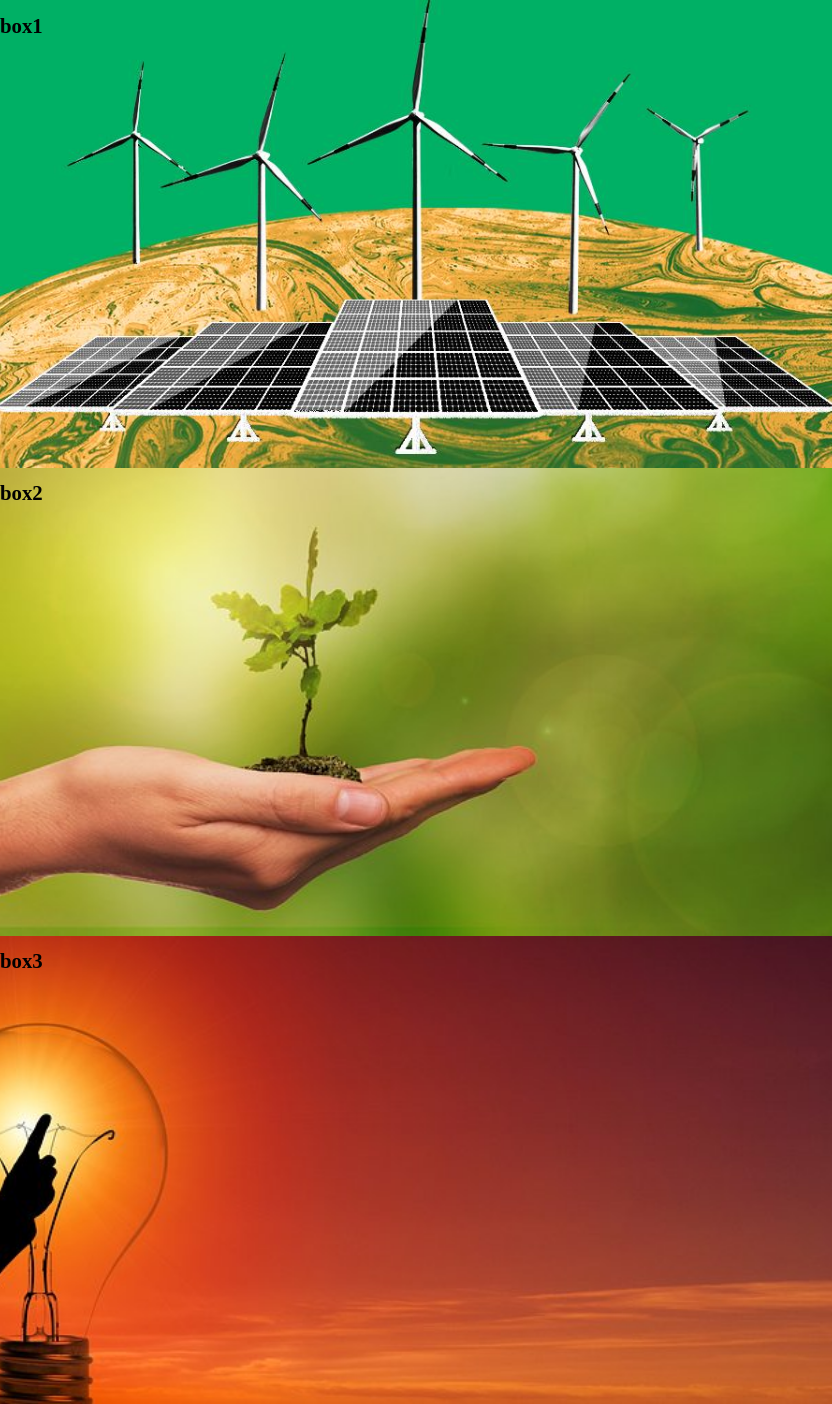
Repository: NavinDayanithi/static-web-design-competition
Page: index.html
An editor plug-in stored every save of this project. The page is shown before and after the next save, followed by the edit.
The browser window is 1280 px wide. The pictures show the whole page, at 65% of full size.
Backgrounds fixed to the window are drawn as part of the page.

Above is the page before, as saved 2023-04-28 19:20:37.

### index.html
<!DOCTYPE html>
<html lang="en">
<head>
  <title>POWERING CLIMATE </title>
  <link rel="stylesheet" href="styles.css">
</head>
<body>
    <div class="box1">
        <h1>box1</h1>
    </div>
    <div class="box2">
        <h1>box2</h1>
    </div>
    <div class="box3">
        <h1>box3</h1>
    </div>
</body>
</html>

### styles.css
body{
    margin: 0;
    padding: 0;
    /* background-color: blue; */
}

.box1{
    height: 100vh;
    width:100%;
    background-image: url(img1.jpg);
    background-size: cover;
    background-position: center;
    display: table;
    background-attachment: fixed;
}

.box2{
    height: 100vh;
    width:100%;
    background-image: url(img2.jpg);
    background-size: cover;
    background-position: center;
    display: table;
    background-attachment: fixed;
}

.box3{
    height: 100vh;
    width:100%;
    background-image: url(img3.jpg);
    background-size: cover;
    background-position: center;
    display: table;
    background-attachment: fixed;
}

.h1{
    font-family: sans-serif;
    font-size: 48px;
    color: antiquewhite;
    margin: 0px;
    text-align: center;
    display: table-cell;
    vertical-align: middle;
}

After the next save:
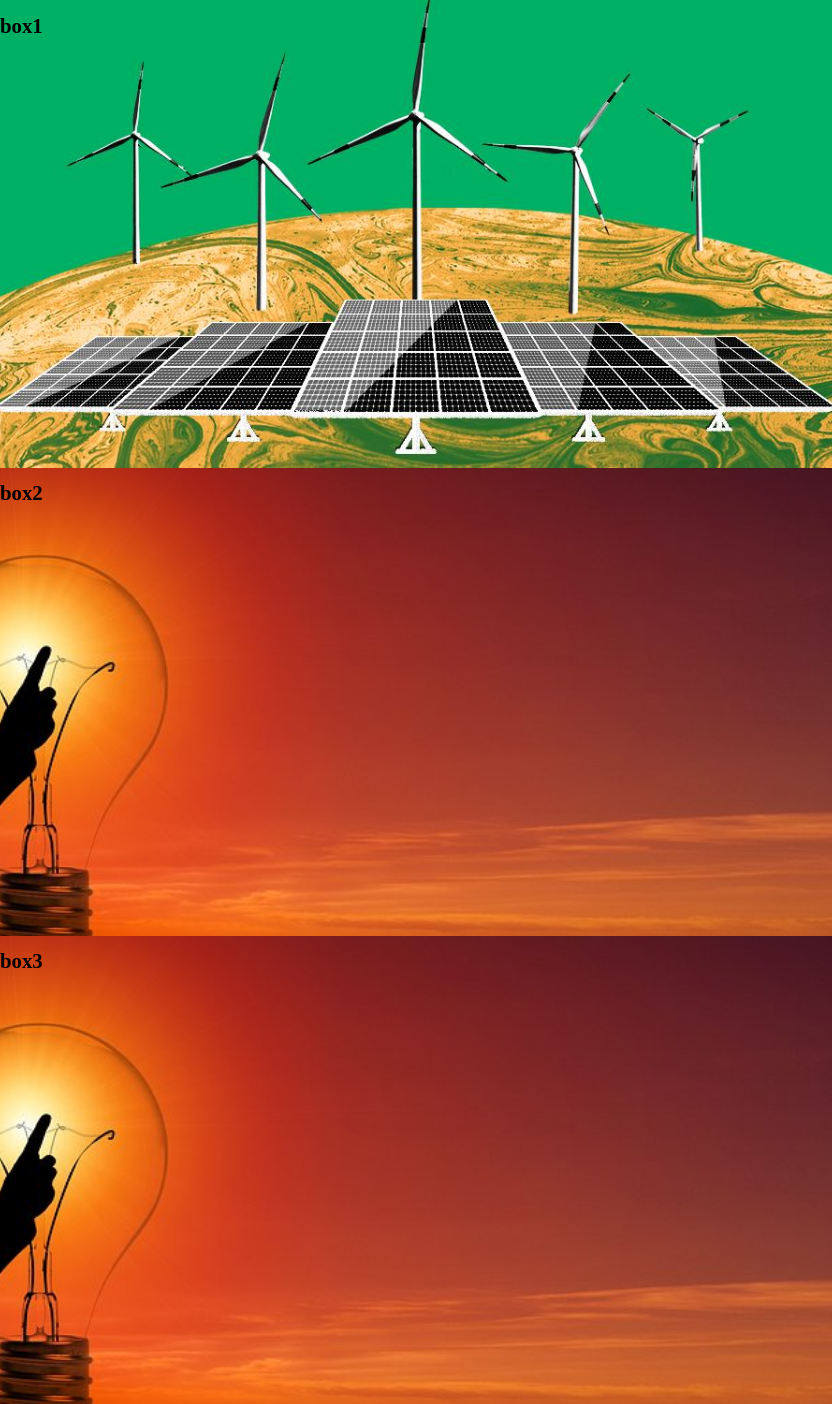
Saved 2 min 3 s later.
--- a/styles.css
+++ b/styles.css
@@ -17,7 +17,7 @@ body{
 .box2{
     height: 100vh;
     width:100%;
-    background-image: url(img2.jpg);
+    background-image: url(img3.jpg);
     background-size: cover;
     background-position: center;
     display: table;
